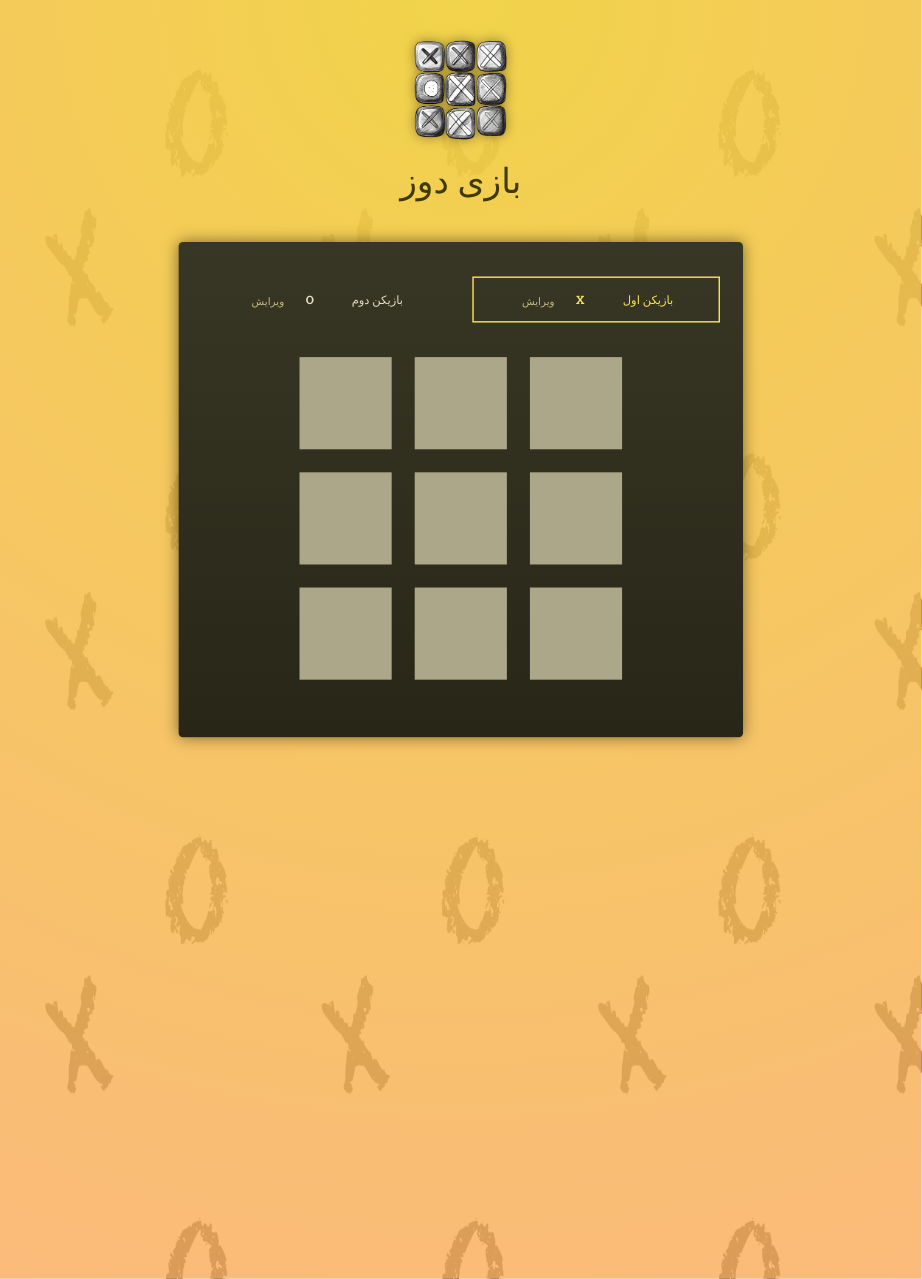
Repository: H-ala/react-tic-toc-toe
Page: /
These files come from the project's save history. The page is drawn as it stood at one moment and after the next save; the edit follows.
The browser window is 1280 px wide. The pictures show the whole page, at 72% of full size.
Some web fonts or font styles are not loaded; a fallback is used. The project was rebuilt for these pictures with package versions that can differ from the ones it lists, and the page was loaded fresh each time. Also part of the build but not shown: vite.config.js, src/components/GameOver.jsx.

Above is the page before, as saved 2025-10-21 18:17:19.

After the next save:
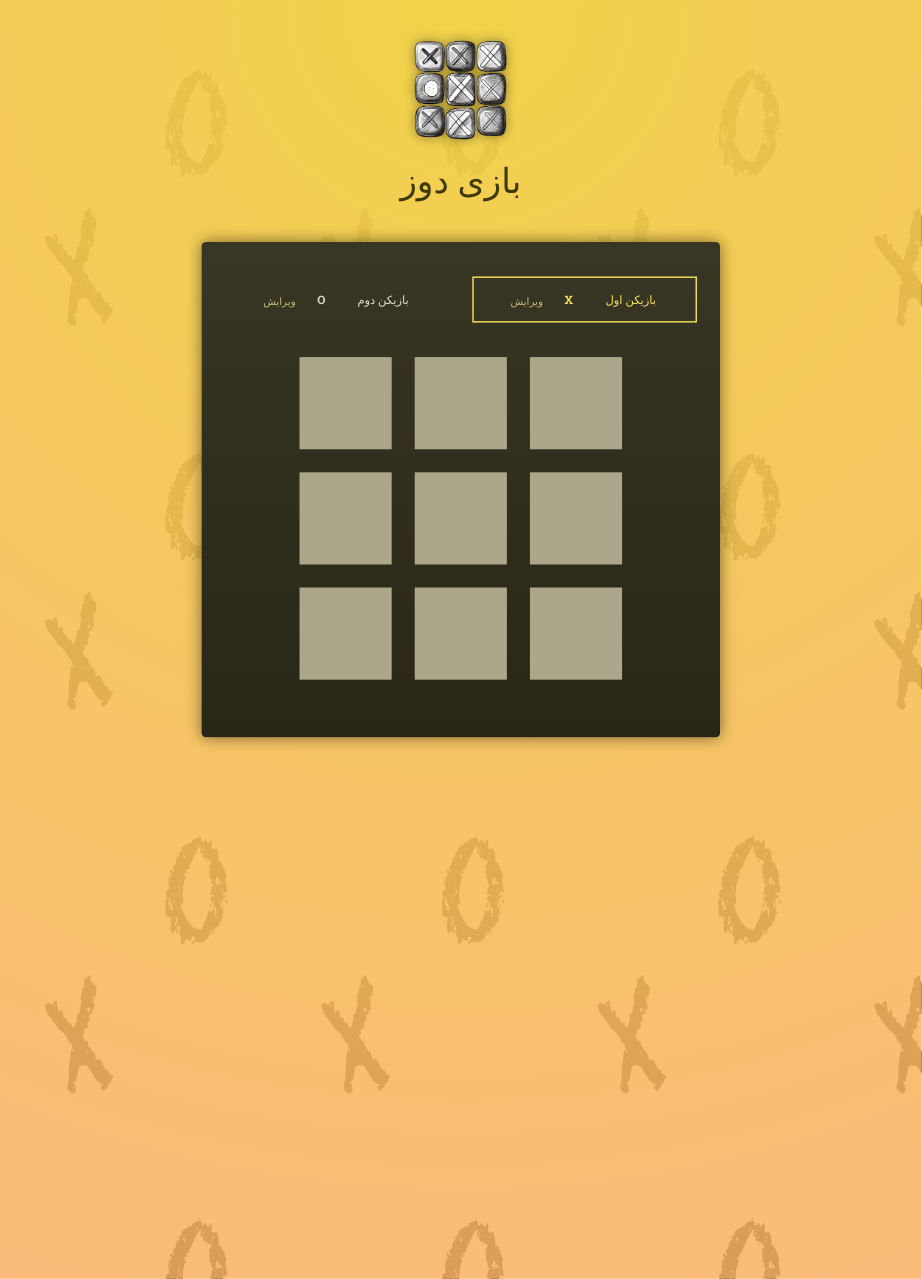
Saved 10 s later.
--- a/src/index.css
+++ b/src/index.css
@@ -1,8 +1,8 @@
 @import url("https://fonts.googleapis.com/css2?family=Caprasimo&family=Roboto+Slab:wght@400;700&display=swap");
 
-/* * {
+* {
   box-sizing: border-box;
-} */
+}
 
 html {
   font-family: "Roboto Slab", sans-serif;
